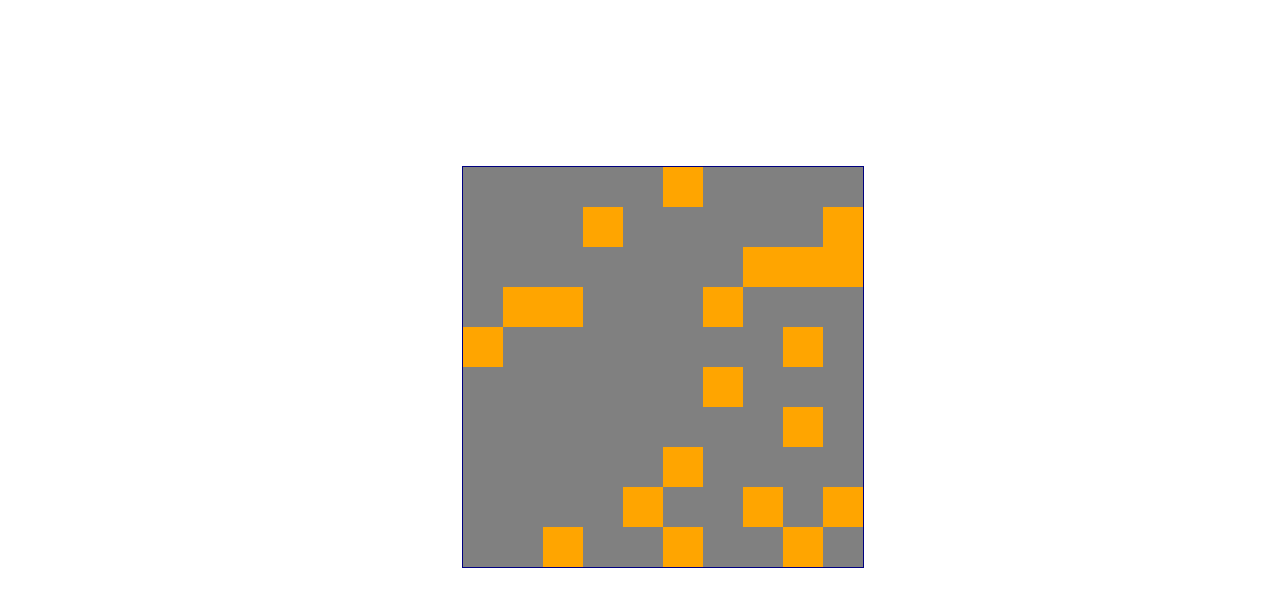
Repository: issaRan/MineSweeper
Page: html/index.html
The author's editor kept a copy of each file at every save. The page is drawn from the files as they stood at one save, then again after the next save.
The browser window is 1280 px wide. The pictures show the whole page.

Above is the page before, as saved 2020-10-23 15:52:31.

After the next save:
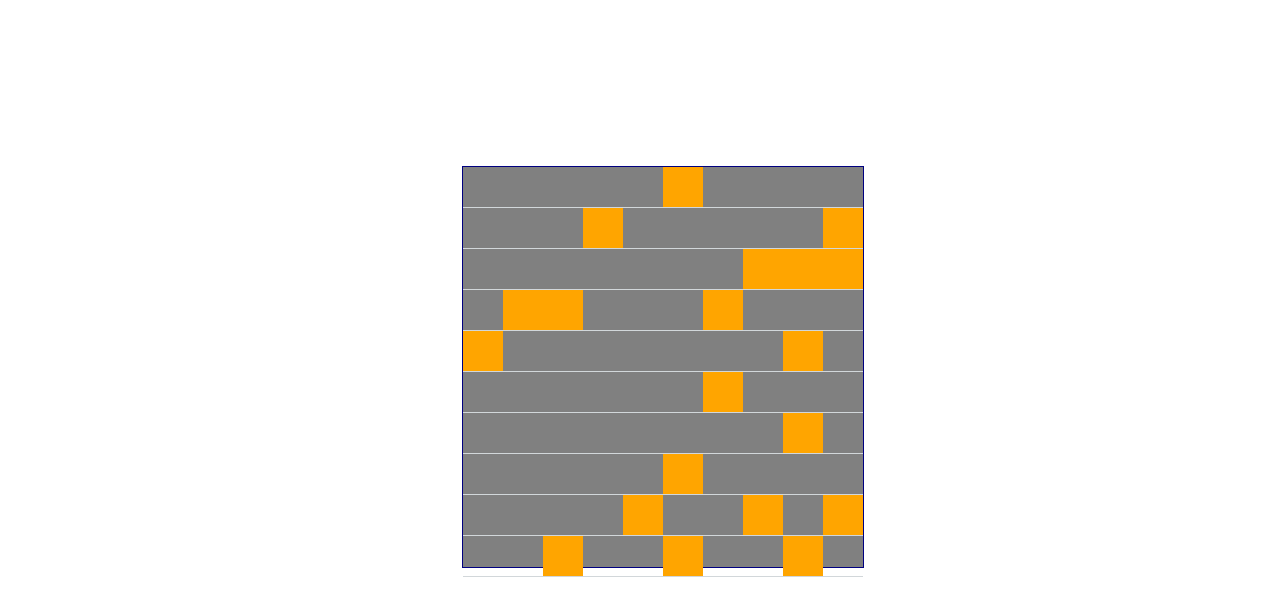
Saved 20 s later.
--- a/css/styles.css
+++ b/css/styles.css
@@ -14,6 +14,7 @@
 .grid div {
     height: 40px;
     width: 40px;
+    border-bottom: 1px solid #d2d7da;
 }
 
 .bomb {
